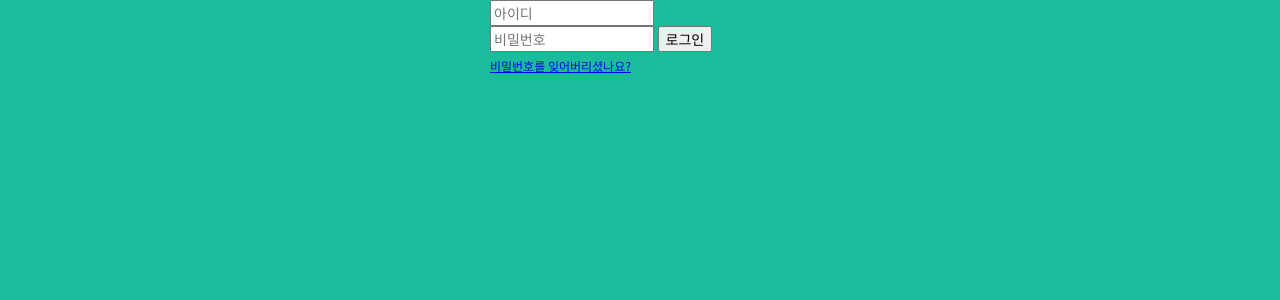
Repository: yesaroun/SS-final-project
Page: http://localhost/codeit-html/login-userlogin.jsp
An editor plug-in stored every save of this project. The page is shown before and after the next save, followed by the edit.
The browser window is 1280 px wide. The pictures show the whole page.
The page is served by Tomcat 9.

Above is the page before, as saved 2022-05-26 12:51:42.

### codeit-html/WebContent/login-userlogin.jsp
<%@ page contentType="text/html; charset=UTF-8"%>
<!DOCTYPE html>
<html>
<head>
  <title>로그인</title>
  <meta charset="utf-8">
  <link rel="stylesheet" href="css/userlogin.css">
  <link href="https://fonts.googleapis.com/earlyaccess/notosanskr.css" rel="stylesheet">
</head>
<body>
  <div class="login-form">
    <form>
      <input type="text" name="email" class="text-field" placeholder="아이디">
      <input type="password" name="password" class="text-field" placeholder="비밀번호">
      <input type="submit" value="로그인" class="submit-btn">
    </form>

    <div class="links">
      <a href="#">비밀번호를 잊어버리셨나요?</a>
    </div>
  </div>
</body>
</html>

### codeit-html/WebContent/css/userlogin.css
@charset "UTF-8";
*
{
  box-sizing: border-box;
  font-family: 'Noto Sans KR', sans-serif;
}

body
{
  margin: 0;
  background-color: #1BBC9B;
}

.login-form
{
	width: 300px;
	background-color: #eeff1;
	margin-left: auto;
	margin-right: auto;
}

.text-field
{
  font-size: 14px;
}

.submit-btn {
  font-size: 14px;
}

.links {
}

.links a {
  font-size: 12px;
}

After the next save:
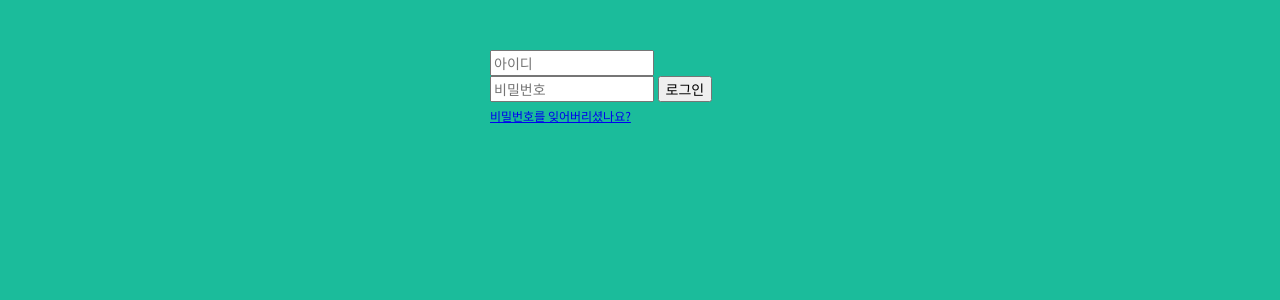
Saved 8 s later.
--- a/codeit-html/WebContent/css/userlogin.css
+++ b/codeit-html/WebContent/css/userlogin.css
@@ -17,6 +17,7 @@ body
 	background-color: #eeff1;
 	margin-left: auto;
 	margin-right: auto;
+	margin-top: 50px;
 }
 
 .text-field
